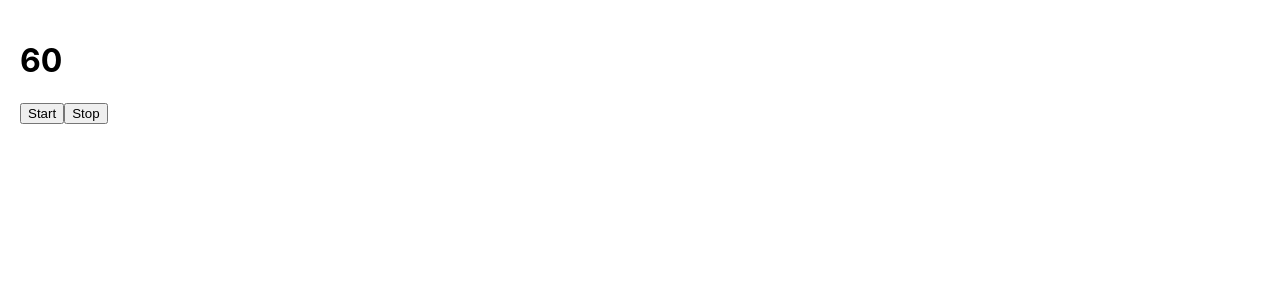
Repository: ducthanglinh/tiktok-clone
Page: /
An editor plug-in stored every save of this project. The page is shown before and after the next save, followed by the edit.
The browser window is 1280 px wide. The pictures show the whole page.
The project was rebuilt for these pictures with package versions that can differ from the ones it lists, and the page was loaded fresh each time. Also part of the build but not shown: src/Content.js.

Above is the page before, as saved 2022-09-29 13:01:35.

### src/index.js
import React from "react";
import ReactDOM from "react-dom/client";
import "./index.css";
import App from "./App";
import reportWebVitals from "./reportWebVitals";

const root = ReactDOM.createRoot(document.getElementById("root"));

root.render(
  // <React.StrictMode>
  <App />
  // </React.StrictMode>
);

// If you want to start measuring performance in your app, pass a function
// to log results (for example: reportWebVitals(console.log))
// or send to an analytics endpoint. Learn more: https://bit.ly/CRA-vitals
reportWebVitals();

### src/App.js
import { useRef, useState } from "react";
import Content from "./Content";
function App() {
  const [count, setCount] = useState(60);
  let timerId = useRef();
  const handleStart = () => {
    timerId.current = setInterval(() => {
      setCount((prevCount) => prevCount - 1);
    }, 1000);
  };
  const handleStop = () => {
    clearInterval(timerId.current);
  };
  return (
    <div style={{ padding: 20 }}>
      <h1>{count}</h1>
      <button onClick={handleStart}>Start</button>
      <button onClick={handleStop}>Stop</button>
    </div>
  );
}

export default App;

Loaded but not shown: public/index.html (common file); src/index.css (common file); src/reportWebVitals.js (common file)

After the next save:
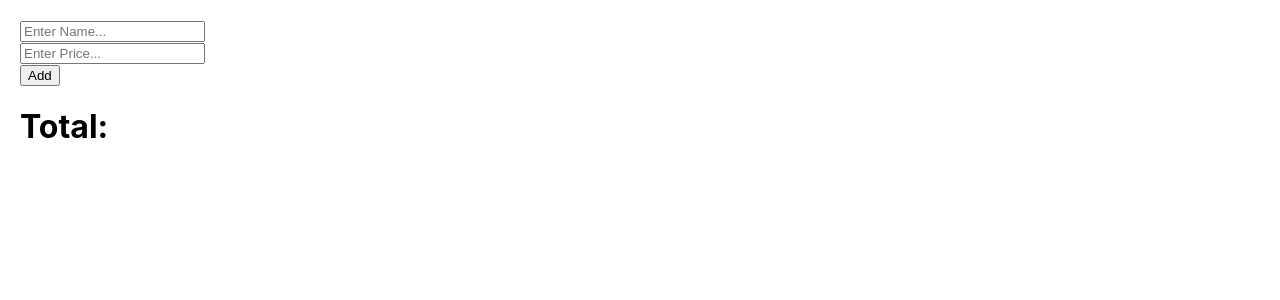
Saved 33 min 32 s later.
--- a/src/App.js
+++ b/src/App.js
@@ -1,21 +1,29 @@
 import { useRef, useState } from "react";
 import Content from "./Content";
 function App() {
-  const [count, setCount] = useState(60);
-  let timerId = useRef();
-  const handleStart = () => {
-    timerId.current = setInterval(() => {
-      setCount((prevCount) => prevCount - 1);
-    }, 1000);
-  };
-  const handleStop = () => {
-    clearInterval(timerId.current);
-  };
+  const [name, setName] = useState("");
+  const [price, setPric] = useState("");
+  const [product, setProduct] = useState([]);
+
+  const handleSubmit = () => {};
   return (
     <div style={{ padding: 20 }}>
-      <h1>{count}</h1>
-      <button onClick={handleStart}>Start</button>
-      <button onClick={handleStop}>Stop</button>
+      <input
+        value={name}
+        placeholder="Enter Name..."
+        onChange={() => setName(e.target.value)}
+      />
+      <br />
+      <input
+        value={price}
+        placeholder="Enter Price..."
+        onChange={() => setPrice(e.target.value)}
+      />
+      <br />
+      <button onClick={handleSubmit}>Add</button>
+      <br />
+      <h1>Total:</h1>
+      <ul></ul>
     </div>
   );
 }
